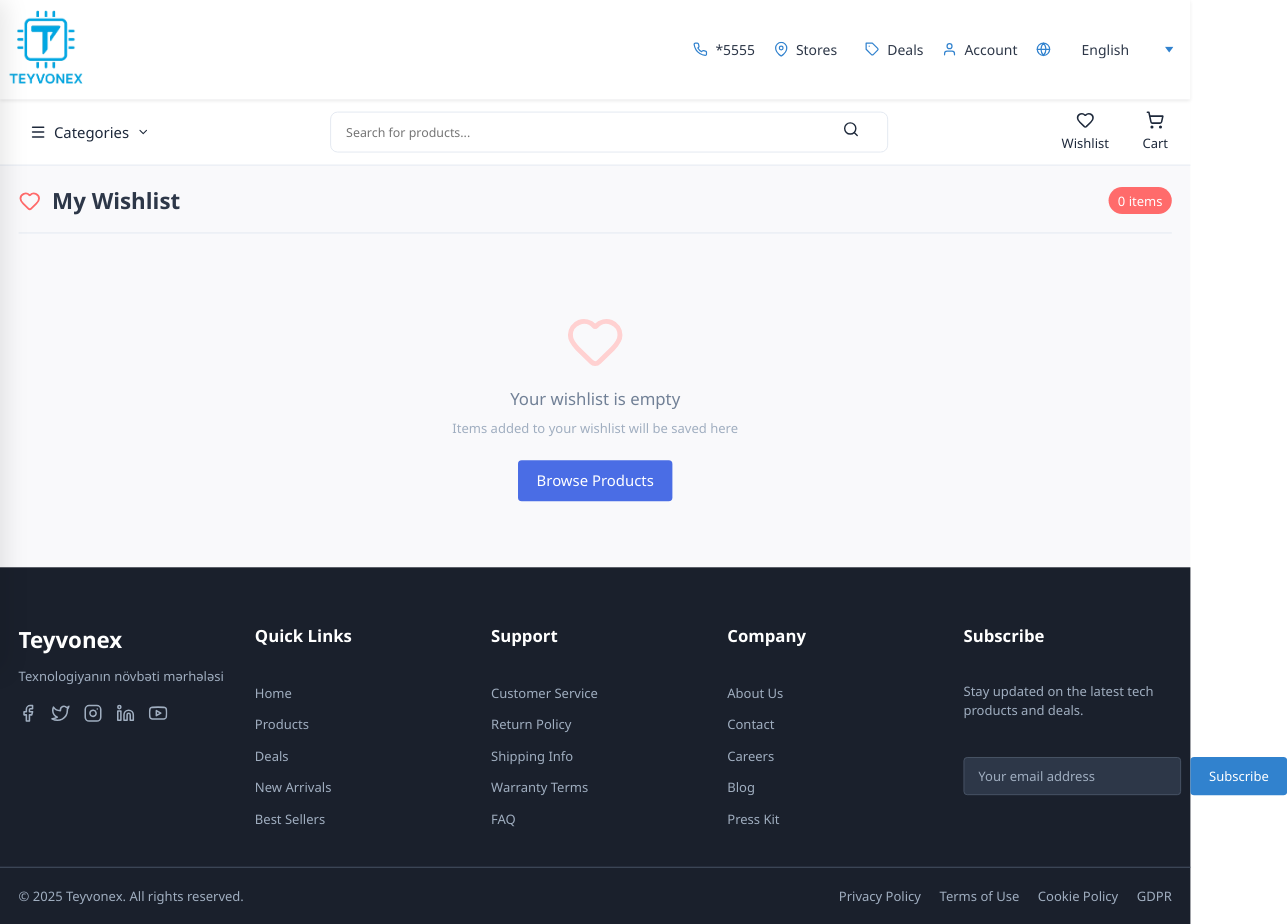
Repository: ferhadsultan98/e-commerce
Page: /wishlist
An editor plug-in stored every save of this project. The page is shown before and after the next save, followed by the edit.
The browser window is 1280 px wide. The page is 1384 px wide, so the pictures cover 1384 px, including what lies to the right of the window. The pictures show the whole page, at 93% of full size.
The project was rebuilt for these pictures with package versions that can differ from the ones it lists, and the page was loaded fresh each time. Also part of the build but not shown: vite.config.js, src/admin/Components/AdminLogin/AdminLogin.scss, src/admin/Components/AdminLogin/AdminLogin.jsx, src/client/Pages/Products/ProductCard.jsx, src/client/Pages/Products/Products.jsx, src/client/Styles/TechSlider.scss, src/client/Pages/TechSlider/TechSlider.jsx, src/client/Styles/ProductFeatures.scss and 35 more.

Above is the page before, as saved 2025-04-26 20:07:04.

### index.html
<!doctype html>
<html lang="en">
  <head>
    <meta charset="UTF-8" />
<link rel="shortcut icon" href="/src/client/Assets/bluelogo.png" type="image/x-icon">
    <meta name="viewport" content="width=device-width, initial-scale=1.0" />
    <title>Teyvonex</title>
  </head>
  <body>
    <div id="root"></div>
    <script type="module" src="/src/main.jsx"></script>
  </body>
</html>

### src/App.jsx
import React, { useState, useEffect } from "react";
import "./App.scss";
import Router from "./Router";
import ChatWidget from "./client/Components/Chat/ChatWidget";
import ScrollButton from "./client/Components/ScrollButton/ScrollButton";
import { ToastContainer } from "react-toastify";
import 'react-toastify/dist/ReactToastify.css';

function App() {
  const [isAuthenticated, setIsAuthenticated] = useState(
    sessionStorage.getItem("isAuthenticated") === "true"
  );
  const [isAdmin, setIsAdmin] = useState(
    sessionStorage.getItem("isAdmin") === "true"
  );

  useEffect(() => {
    sessionStorage.setItem("isAuthenticated", isAuthenticated.toString());
    sessionStorage.setItem("isAdmin", isAdmin.toString());
  }, [isAuthenticated, isAdmin]);

  const handleLogin = (admin = false) => {
    setIsAuthenticated(true);
    if (admin) {
      setIsAdmin(true);
    }
  };

  const handleLogout = () => {
    setIsAuthenticated(false);
    setIsAdmin(false);
    sessionStorage.removeItem("isAuthenticated");
    sessionStorage.removeItem("isAdmin");
  };

  return (
    <>
      <Router
        isAuthenticated={isAuthenticated}
        isAdmin={isAdmin}
        handleLogin={handleLogin}
        handleLogout={handleLogout}
      />

      <ScrollButton />
      <ToastContainer />
    </>
  );
}

export default App;

### src/App.scss
*{
  margin: 0;
  padding: 0;
  box-sizing: border-box;
  font-family: 'Segoe UI', Tahoma, Geneva, Verdana, sans-serif;
}
body{
  background-color: #f5f7fa;
}

### src/client/Components/ScrollButton/ScrollButton.jsx
import React, { useState, useEffect } from "react";
import "../../Styles/ScrollButton.scss";
import { FaChevronUp } from "react-icons/fa";

const ScrollButton = () => {
  const [isVisible, setIsVisible] = useState(false);

  // Butonun görünürlüğünü kontrol et
  useEffect(() => {
    const toggleVisibility = () => {
      if (window.pageYOffset > 300) {
        setIsVisible(true);
      } else {
        setIsVisible(false);
      }
    };

    window.addEventListener("scroll", toggleVisibility);
    return () => window.removeEventListener("scroll", toggleVisibility);
  }, []);

  const scrollToTop = () => {
    const scrollStep = (timestamp) => {
      const start = performance.now();
      const duration = 800; // Animasyon süresi (ms)
      const easeInOutQuad = (t) => (t < 0.5 ? 2 * t * t : -1 + (4 - 2 * t) * t);

      const step = () => {
        const progress = Math.min((performance.now() - start) / duration, 1);
        const easing = easeInOutQuad(progress);
        window.scrollTo(0, (1 - easing) * window.pageYOffset);

        if (progress < 1) {
          requestAnimationFrame(step);
        }
      };

      requestAnimationFrame(step);
    };

    requestAnimationFrame(scrollStep);
  };

  return (
    <>
      {isVisible && (
        <button className="scroll-to-top" onClick={scrollToTop}>
          <FaChevronUp />
        </button>
      )}
    </>
  );
};

export default ScrollButton;

### src/client/Components/Layout/Layout.jsx
// Layout.jsx
import React from 'react';
import TopHeader from '../Header/TopHeader';
import BottomHeader from '../Header/BottomHeader';
import Footer from '../Footer/Footer';

const Layout = ({ children, onLogout, wishlistItems, cartItems, onAddToWishlist, onAddToCart }) => {
  return (
    <>
      <TopHeader onLogout={onLogout} />
      <BottomHeader
        wishlistItems={wishlistItems}
        cartItems={cartItems}
        onAddToWishlist={onAddToWishlist}
        onAddToCart={onAddToCart}
      />
      {children}
      <Footer />
    </>
  );
};

export default Layout;

### src/client/Pages/WishList/WishList.jsx
import React from "react";
import { ShoppingCart, Heart, Trash2, AlertCircle } from "lucide-react";
import { Link } from "react-router-dom";
import "../../Styles/WishList.scss";
import RelatedProducts from "../RelatedProducts/RelatedProducts";

const WishList = ({ wishlistItems = [], onRemoveFromWishlist, onAddToCart, onAddToWishlist, allProducts = [] }) => {
  return (
    <div className="wishlist">
      <div className="wishlist__header">
        <Heart size={24} />
        <h2 className="wishlist__title">My Wishlist</h2>
        <span className="wishlist__count">{wishlistItems.length} items</span>
      </div>

      {wishlistItems.length === 0 ? (
        <div className="wishlist__empty">
          <Heart size={64} />
          <p className="wishlist__empty-message">Your wishlist is empty</p>
          <p className="wishlist__empty-description">
            Items added to your wishlist will be saved here
          </p>
          <Link to="/products" className="wishlist__browse-products">
            Browse Products
          </Link>
        </div>
      ) : (
        <div className="wishlist__content">
          <div className="wishlist__grid">
            {wishlistItems.map((product) => (
              <div key={product.id} className="wishlist-item">
                <div className="wishlist-item__image-wrapper">
                  {product.discount > 0 && (
                    <div className="wishlist-item__discount">
                      -{product.discount}%
                    </div>
                  )}
                  <img
                    src={product.image}
                    alt={product.name}
                    className="wishlist-item__image"
                  />
                  <button
                    className="wishlist-item__remove"
                    onClick={() => onRemoveFromWishlist(product.id)}
                    aria-label="Remove from wishlist"
                  >
                    <Trash2 size={18} />
                  </button>
                </div>

                <div className="wishlist-item__content">
                  <h3 className="wishlist-item__name">{product.name}</h3>

                  <div className="wishlist-item__price-container">
                    <span className="wishlist-item__price">
                      {product.price} ₼
                    </span>
                    {product.oldPrice && (
                      <span className="wishlist-item__old-price">
                        {product.oldPrice} ₼
                      </span>
                    )}
                  </div>

                  <div className="wishlist-item__actions">
                    <button
                      className="wishlist-item__cart-btn"
                      onClick={() => onAddToCart(product)}
                    >
                      <ShoppingCart size={18} />
                      <span>Add to Cart</span>
                    </button>

                    <Link
                      to={`/product/${product.id}/features`}
                      className="wishlist-item__details-btn"
                    >
                      <AlertCircle size={18} />
                      <span>Xüsusiyyətlər</span>
                    </Link>
                  </div>
                </div>
              </div>
            ))}
          </div>
          <RelatedProducts
            items={wishlistItems}
            allProducts={allProducts}
            onAddToWishlist={onAddToWishlist}
            onAddToCart={onAddToCart}
          />
        </div>
      )}
    </div>
  );
};

export default WishList;

### src/client/Components/ScrollToTop/ScrollToTop.jsx
import { useEffect } from "react";
import { useLocation } from "react-router-dom";

function ScrollToTop() {
  const { pathname } = useLocation();

  useEffect(() => {
    window.scrollTo({
      top: "0",
      behavior: "smooth",
    });
  }, [pathname]);

  return null;
}

export default ScrollToTop;

### src/client/Components/Header/TopHeader.jsx
import React, { useState } from "react";
import { FiPhone, FiMapPin, FiTag, FiGlobe, FiUser, FiMenu, FiX } from "react-icons/fi";
import "../../Styles/TopHeader.scss"
import logo from "../../Assets/bluelogo.png";

const TopHeader = () => {
  const [language, setLanguage] = useState("en");
  const [isMobileMenuOpen, setIsMobileMenuOpen] = useState(false);

  const languages = {
    en: "English",
    az: "Azərbaycan",
    ru: "Русский",
  };

  const toggleMobileMenu = () => {
    setIsMobileMenuOpen(!isMobileMenuOpen);
  };

  return (
    <header className="header">
      <div className="headerContainer">
        {/* Logo */}
        <div className="headerLogo">
          <a href="/">
            <img src={logo} alt="TechTrend Logo" />
          </a>
        </div>

        {/* Desktop Navigation */}
        <nav className="headerNav">
          <div className="headerContact">
            <a href="tel:*5555" className="headerLink">
              <FiPhone size={16} />
              <span>*5555</span>
            </a>
            <a href="/stores" className="headerLink">
              <FiMapPin size={16} />
              <span>Stores</span>
            </a>
          </div>

          <div className="headerUtils">
            <a href="/deals" className="headerLink">
              <FiTag size={16} />
              <span>Deals</span>
            </a>
            <a href="/account" className="headerLink">
              <FiUser size={16} />
              <span>Account</span>
            </a>
            <div className="headerLanguage">
              <FiGlobe size={16} />
              <select
                value={language}
                onChange={(e) => setLanguage(e.target.value)}
              >
                {Object.entries(languages).map(([code, name]) => (
                  <option key={code} value={code}>
                    {name}
                  </option>
                ))}
              </select>
            </div>
          </div>
        </nav>

        {/* Mobile Menu Toggle */}
        <button className="headerMobileToggle" onClick={toggleMobileMenu}>
          {isMobileMenuOpen ? <FiX size={24} /> : <FiMenu size={24} />}
        </button>
      </div>

      {/* Mobile Navigation */}
      <nav className={`headerMobileNav ${isMobileMenuOpen ? "active" : ""}`}>
        <div className="headerMobileContact">
          <a href="tel:*5555" className="headerLink">
            <FiPhone size={16} />
            <span>*5555</span>
          </a>
          <a href="/stores" className="headerLink">
            <FiMapPin size={16} />
            <span>Stores</span>
          </a>
        </div>
        <div className="headerMobileUtils">
          <a href="/deals" className="headerLink">
            <FiTag size={16} />
            <span>Deals</span>
          </a>
          <a href="/account" className="headerLink">
            <FiUser size={16} />
            <span>Account</span>
          </a>
          <div className="headerLanguage">
            <FiGlobe size={16} />
            <select
              value={language}
              onChange={(e) => setLanguage(e.target.value)}
            >
              {Object.entries(languages).map(([code, name]) => (
                <option key={code} value={code}>
                  {name}
                </option>
              ))}
            </select>
          </div>
        </div>
      </nav>
    </header>
  );
};

export default TopHeader;

### src/client/Styles/WishList.scss
// WishList.scss

// Variables
$primary-color: #4a6de5;
$primary-hover: #3a5bd4;
$secondary-color: #f8f9fa;
$accent-color: #ff6b6b;
$text-color: #2d3748;
$border-color: #e2e8f0;
$card-shadow: 0 4px 12px rgba(0, 0, 0, 0.08);
$border-radius: 10px;

.wishlist {
  width: 100%;
  margin: 0 auto;
  max-width: 1420px;
  padding: 20px;
  height: 60vh;
  font-family: "Segoe UI", Tahoma, Geneva, Verdana, sans-serif;
  color: $text-color;

  &__header {
    display: flex;
    align-items: center;
    margin-bottom: 24px;
    padding-bottom: 16px;
    border-bottom: 1px solid $border-color;

    svg {
      color: $accent-color;
      margin-right: 12px;
    }
  }

  &__title {
    font-size: 24px;
    font-weight: 600;
    margin: 0;
    flex-grow: 1;
  }

  &__count {
    background-color: $accent-color;
    color: white;
    font-size: 14px;
    font-weight: 500;
    padding: 4px 10px;
    border-radius: 16px;
  }

  &__empty {
    display: flex;
    flex-direction: column;
    align-items: center;
    justify-content: center;
    padding: 60px 0;
    text-align: center;

    svg {
      color: lighten($accent-color, 20%);
      margin-bottom: 16px;
    }
  }

  &__empty-message {
    font-size: 18px;
    font-weight: 500;
    color: #718096;
    margin-bottom: 8px;
  }

  &__empty-description {
    font-size: 14px;
    color: #a0aec0;
    margin-bottom: 24px;
  }

  &__browse-products {
    display: inline-block;
    padding: 10px 20px;
    background-color: $primary-color;
    color: white;
    font-weight: 500;
    text-decoration: none;
    border-radius: 4px;
    transition: background-color 0.2s;

    &:hover {
      background-color: $primary-hover;
    }
  }

  &__content {
    width: 100%;
  }

  &__grid {
    display: grid;
    grid-template-columns: repeat(1, 1fr);
    gap: 20px;

    @media (min-width: 576px) {
      grid-template-columns: repeat(2, 1fr);
    }

    @media (min-width: 992px) {
      grid-template-columns: repeat(3, 1fr);
    }

    @media (min-width: 1200px) {
      grid-template-columns: repeat(4, 1fr);
    }
  }
}

.wishlist-item {
  position: relative;
  background-color: white;
  border-radius: $border-radius;
  overflow: hidden;
  box-shadow: $card-shadow;
  transition: transform 0.2s, box-shadow 0.2s;
  height: 100%;
  display: flex;
  flex-direction: column;

  &:hover {
    transform: translateY(-5px);
    box-shadow: 0 8px 24px rgba(0, 0, 0, 0.12);

    .wishlist-item__remove {
      opacity: 1;
    }
  }

  &__image-wrapper {
    position: relative;
    padding-top: 100%;
    background-color: $secondary-color;
    overflow: hidden;
  }

  &__image {
    position: absolute;
    top: 0;
    left: 0;
    width: 100%;
    height: 100%;
    object-fit: contain;
    padding: 16px;
    transition: transform 0.3s;

    &:hover {
      transform: scale(1.05);
    }
  }

  &__discount {
    position: absolute;
    top: 12px;
    left: 12px;
    background-color: $accent-color;
    color: white;
    font-size: 12px;
    font-weight: 600;
    padding: 4px 8px;
    border-radius: 4px;
    z-index: 1;
  }

  &__remove {
    position: absolute;
    top: 12px;
    right: 12px;
    width: 32px;
    height: 32px;
    display: flex;
    align-items: center;
    justify-content: center;
    background-color: white;
    border-radius: 50%;
    border: none;
    cursor: pointer;
    opacity: 0;
    transition: opacity 0.2s, background-color 0.2s;
    z-index: 2;

    &:hover {
      background-color: $accent-color;

      svg {
        color: white;
      }
    }

    svg {
      color: $accent-color;
      transition: color 0.2s;
    }
  }

  &__content {
    padding: 16px;
    display: flex;
    flex-direction: column;
    flex-grow: 1;
  }

  &__name {
    font-size: 16px;
    font-weight: 600;
    margin: 0 0 12px 0;
    line-height: 1.4;
    display: -webkit-box;
    -webkit-line-clamp: 2;
    -webkit-box-orient: vertical;
    overflow: hidden;
    text-overflow: ellipsis;
    height: 45px;
  }

  &__price-container {
    display: flex;
    align-items: center;
    gap: 8px;
    margin-bottom: 16px;
  }

  &__price {
    font-size: 18px;
    font-weight: 600;
    color: $text-color;
  }

  &__old-price {
    font-size: 14px;
    text-decoration: line-through;
    color: #a0aec0;
  }

  &__actions {
    margin-top: auto;
    display: flex;
    flex-direction: column;
    gap: 8px;
  }

  &__cart-btn,
  &__details-btn {
    display: flex;
    align-items: center;
    justify-content: center;
    gap: 8px;
    padding: 10px;
    border-radius: 6px;
    font-size: 14px;
    font-weight: 500;
    transition: background-color 0.2s;
    text-decoration: none;
    width: 100%;
  }

  &__cart-btn {
    background-color: $primary-color;
    color: white;
    border: none;
    cursor: pointer;

    &:hover {
      background-color: $primary-hover;
    }
  }

  &__details-btn {
    background-color: $secondary-color;
    color: $text-color;
    border: 1px solid $border-color;

    &:hover {
      background-color: darken($secondary-color, 5%);
    }
  }
}
.related-products {
  margin-top: 2rem;
}
.related-products__title {
  font-size: 1.5rem;
  font-weight: bold;
  margin-bottom: 1rem;
}
.related-products__grid {
  display: grid;
  grid-template-columns: repeat(auto-fill, minmax(250px, 1fr));
  gap: 1rem;
}

### src/admin/Components/AdminLayout/AdminLayout.scss
// AdminLayout.scss
@import url("https://fonts.googleapis.com/css2?family=Poppins:wght@300;400;500;600;700&display=swap");
@import url("https://fonts.googleapis.com/icon?family=Material+Icons");

// Değişkenler
$primary-color: #3366ff;
$background-color: #f5f7fb;
$transition: all 0.3s ease;
$sidebar-width: 260px;
$sidebar-closed-width: 70px;

.admin-layout {
  display: flex;
  height: 100vh;
  position: relative;
}

.content-area {
  flex: 1;
  margin-left: $sidebar-width;
  transition: $transition;
  overflow-y: auto;
  padding: 20px;

  &.expanded {
    margin-left: $sidebar-closed-width;
  }
}

@media (max-width: 992px) {
  .content-area {
    margin-left: $sidebar-closed-width;

    &.expanded {
      margin-left: 0;
    }
  }
}

### src/client/Styles/TopHeader.scss
.header {
  width: 100%;
  top: 0;
  background-color: #ffffff;
  box-shadow: 0 2px 4px rgba(0, 0, 0, 0.1);
  position: relative;
}

.headerContainer {
  max-width: 1420px;
  margin: 0 auto;
  padding: 10px;
  display: flex;
  align-items: center;
  justify-content: space-between;
}

.headerLogo {
  display: flex;
  align-items: center;
  width: 80px;

  a {
    display: block;
  }

  img {
    width: 100%;
    height: auto;
    padding: 0;
  }
}

.headerNav {
  display: flex;
  align-items: center;
  gap: 30px;

  @media screen and (max-width: 992px) {
    display: none;
  }
}

.headerContact,
.headerUtils,
.headerMobileContact,
.headerMobileUtils {
  display: flex;
  align-items: center;
  gap: 20px;
}

.headerLink {
  display: flex;
  align-items: center;
  gap: 8px;
  color: #2d3748;
  text-decoration: none;
  font-size: 15px;
  font-weight: 500;
  transition: color 0.3s ease;

  svg {
    color: #3182ce;
  }

  &:hover {
    color: #3182ce;
  }
}

.headerLanguage {
  display: flex;
  align-items: center;
  gap: 8px;
  position: relative;

  svg {
    color: #3182ce;
    z-index: 1;
  }

  select {
    appearance: none;
    background-color: transparent;
    border: none;
    padding: 5px 25px 5px 25px;
    font-size: 15px;
    font-weight: 500;
    color: #2d3748;
    cursor: pointer;
    outline: none;

    &:focus {
      color: #3182ce;
    }
  }

  &::after {
    content: "";
    width: 0.6em;
    height: 0.4em;
    background-color: #3182ce;
    clip-path: polygon(100% 0%, 0 0%, 50% 100%);
    position: absolute;
    right: 8px;
    pointer-events: none;
  }
}

.headerMobileToggle {
  display: none;
  background: none;
  border: none;
  cursor: pointer;
  color: #2d3748;

  @media screen and (max-width: 992px) {
    display: block;
  }
}

.headerMobileNav {
  display: flex;
  opacity: 0;
  transform: translateY(-20px);
  pointer-events: none;
  background-color: #ffffff;
  padding: 20px;
  flex-direction: column;
  gap: 20px;
  box-shadow: 0 4px 6px rgba(0, 0, 0, 0.1);
  transition: opacity 0.3s ease, transform 0.3s ease;
  position: absolute;
  top: 100%;
  left: 0;
  right: 0;
  z-index: 1000;

  &.active {
    opacity: 1;
    transform: translateY(0);
    pointer-events: auto;
  }

  @media screen and (min-width: 993px) {
    display: none;
  }
}

/* Responsive Styles */
@media screen and (max-width: 768px) {
  .headerContainer {
    padding: 10px 15px;
  }

  .headerLogo img {
    width: 50px;
  }

  .headerMobileNav {
    padding: 15px;
  }

  .headerLink {
    font-size: 14px;
  }
}

@media screen and (max-width: 576px) {
  .headerLogo img {
    width: 45px;
  }

  .headerMobileContact,
  .headerMobileUtils {
    flex-direction: column;
    align-items: flex-start;
    gap: 15px;
  }

  .headerLink {
    font-size: 13px;
  }

  .headerLanguage select {
    font-size: 13px;
  }
}

Loaded but not shown: src/main.jsx (common file); src/index.css (common file); src/client/Pages/Products/Products.json (1077 lines, source omitted); src/client/Styles/BottomHeader.scss (493 lines, source omitted); src/client/Components/Header/BottomHeader.jsx (274 lines, source omitted); src/Router.jsx (292 lines, source omitted); src/client/Styles/Products.scss (474 lines, source omitted); src/admin/Pages/AdminProducts/AdminProducts.scss (400 lines, source omitted); src/client/Components/Footer/Footer.jsx (176 lines, source omitted); src/client/Styles/Footer.scss (254 lines, source omitted)

After the next save:
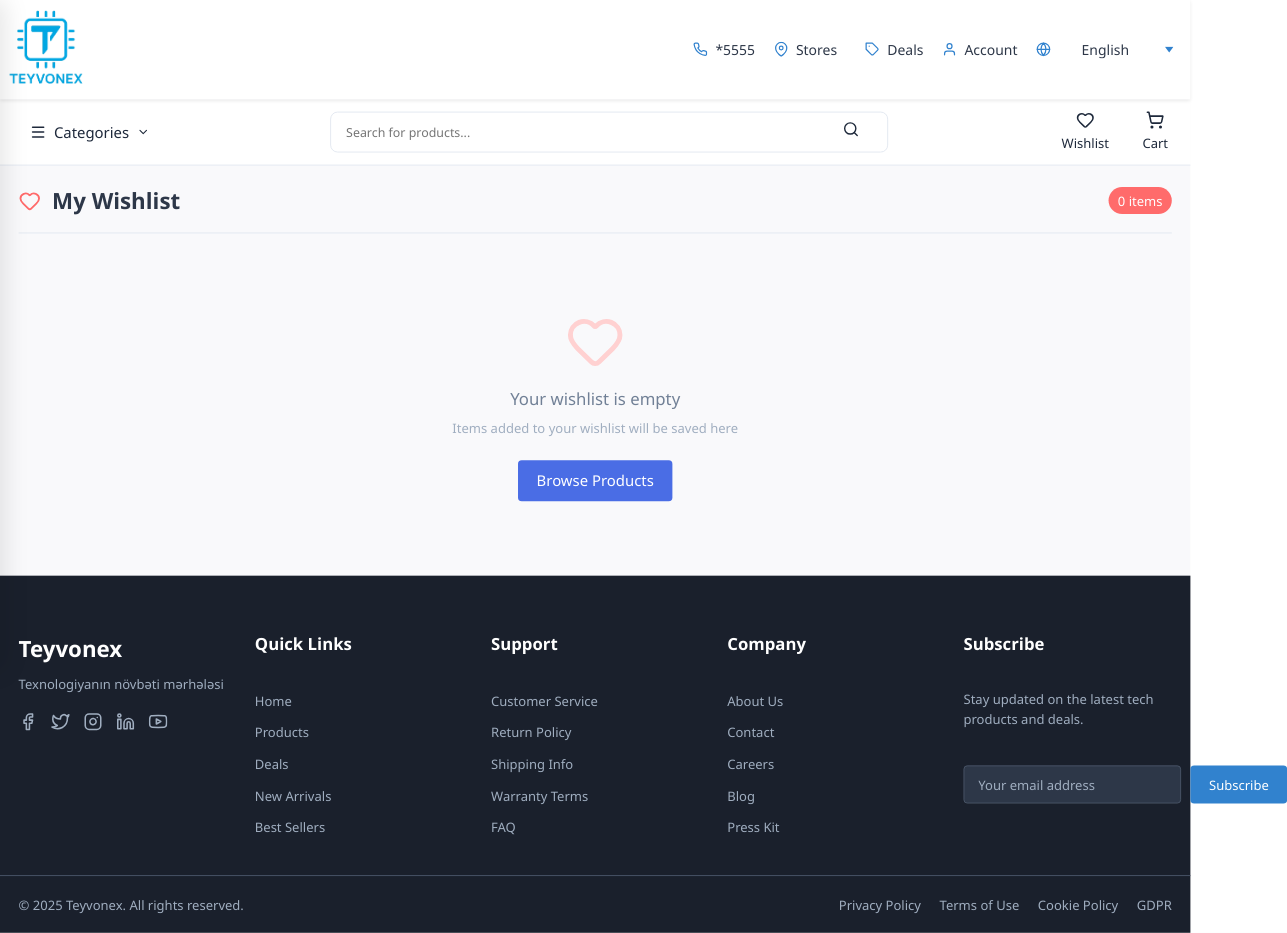
Saved 5 min 25 s later.
--- a/src/client/Styles/WishList.scss
+++ b/src/client/Styles/WishList.scss
@@ -15,7 +15,7 @@ $border-radius: 10px;
   margin: 0 auto;
   max-width: 1420px;
   padding: 20px;
-  height: 60vh;
+  min-height: 60vh;
   font-family: "Segoe UI", Tahoma, Geneva, Verdana, sans-serif;
   color: $text-color;
 
